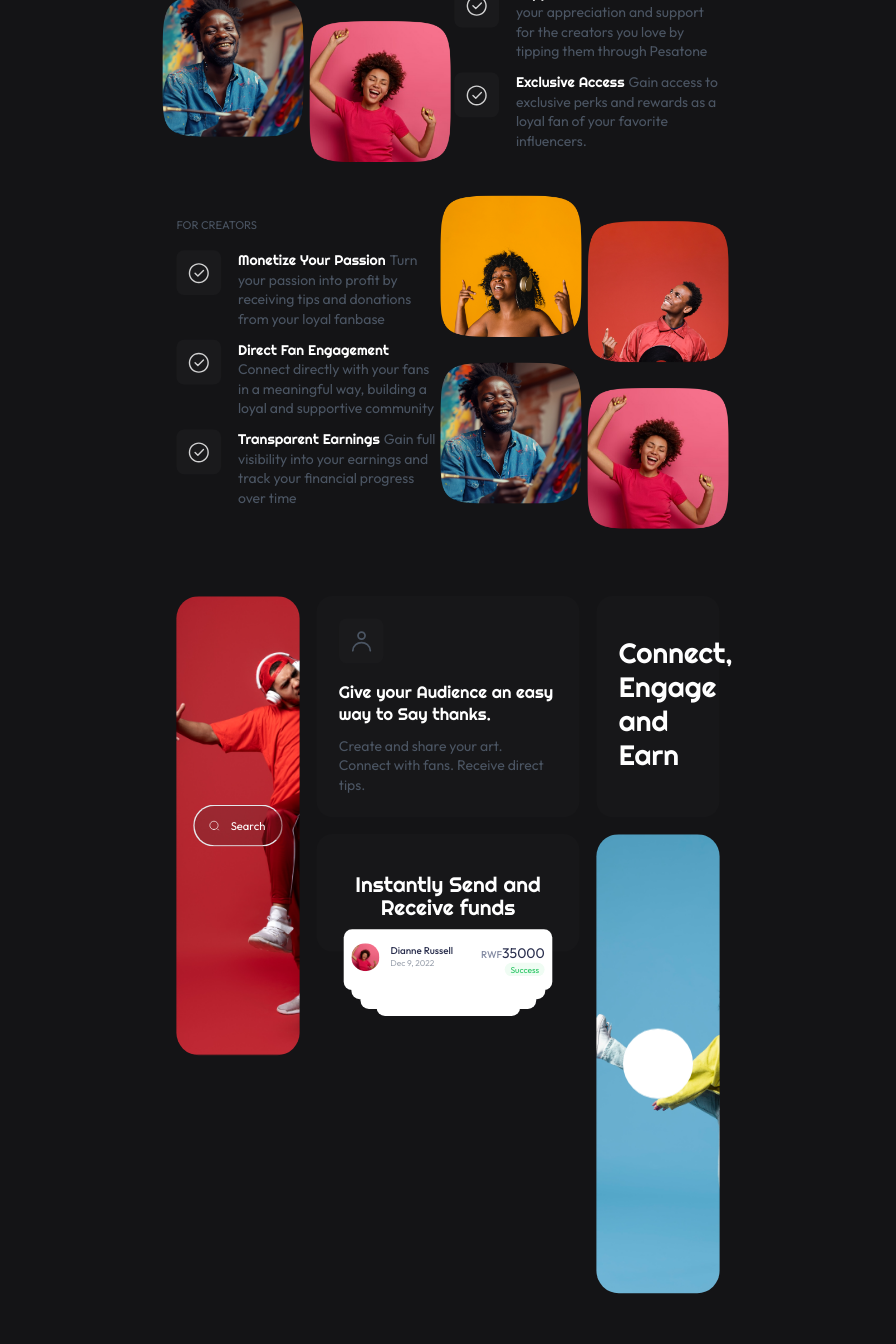
Repository: felixdusengimana/capstone-project-mirror
Page: / (app in frontend/)
These files come from the project's save history. The page is drawn as it stood at one moment and after the next save; the edit follows.
The browser window is 1280 px wide. The pictures show the part of the page from y = 2169 to 4089 px (the page is 4089 px tall), at 70% of full size.
The project was rebuilt for these pictures with package versions that can differ from the ones it lists, and the page was loaded fresh each time. The framework's server and built-in components were replaced by stand-ins that run in the browser. Also part of the build but not shown: frontend/next.config.mjs.

Above is the page before, as saved 2024-03-11 17:24:12.

After the next save:
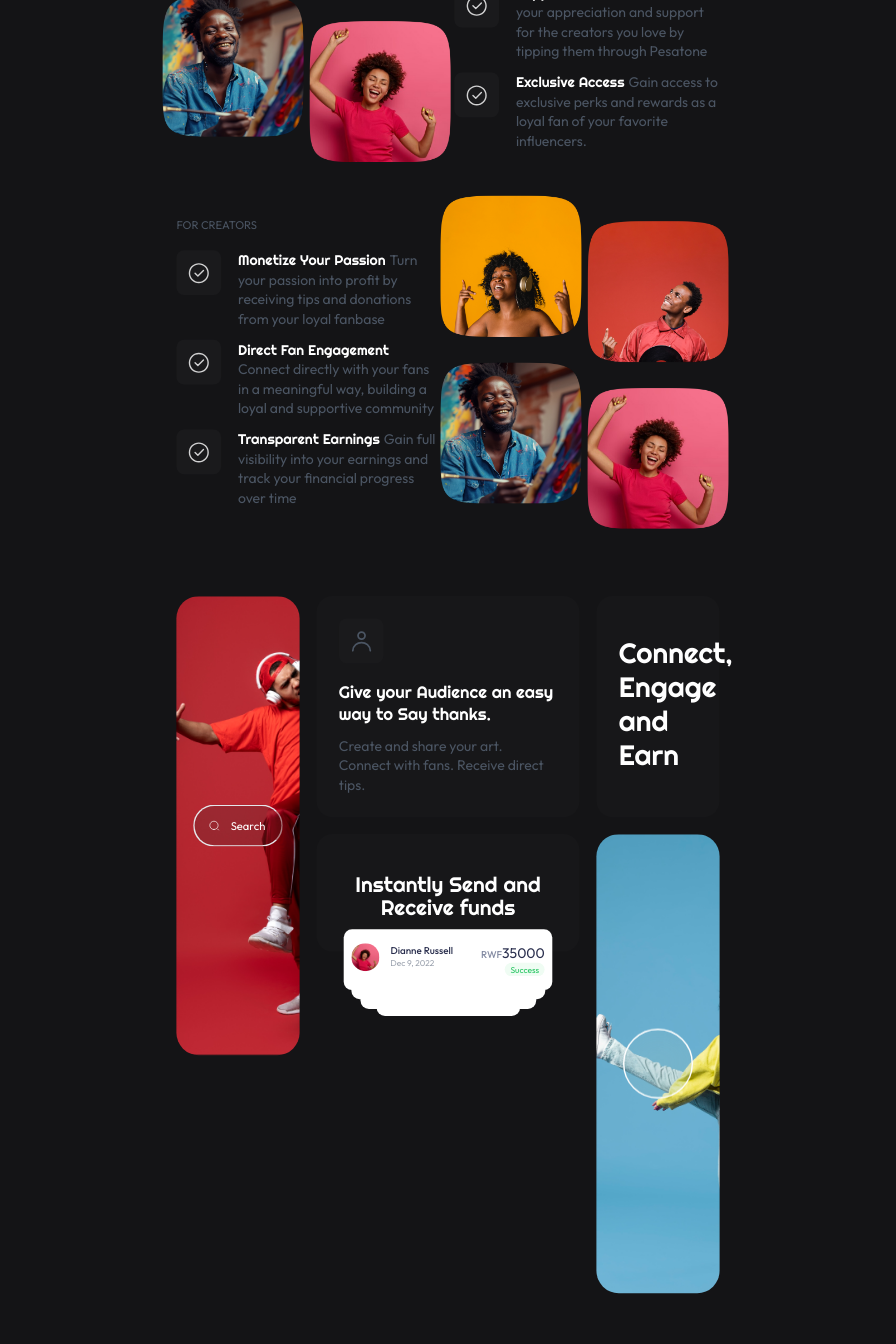
Saved 9 s later.
--- a/frontend/app/page.tsx
+++ b/frontend/app/page.tsx
@@ -233,7 +233,7 @@ export default function page() {
           </div>
 
           <div className="bg-[url('/sent-bg.png')] bg-cover bg-no-repeat row-span-2 bg-transparent rounded-[32px] px-6 flex items-center justify-center">
-            <button className="border-2 border-white w-[100px] h-[100px] rounded-full flex items-center justify-center bg-white backdrop-blur-3xl"></button>
+            <button className="border-2 border-white w-[100px] h-[100px] rounded-full flex items-center justify-center  backdrop-blur-3xl"></button>
           </div>
         </div>
       </section>
